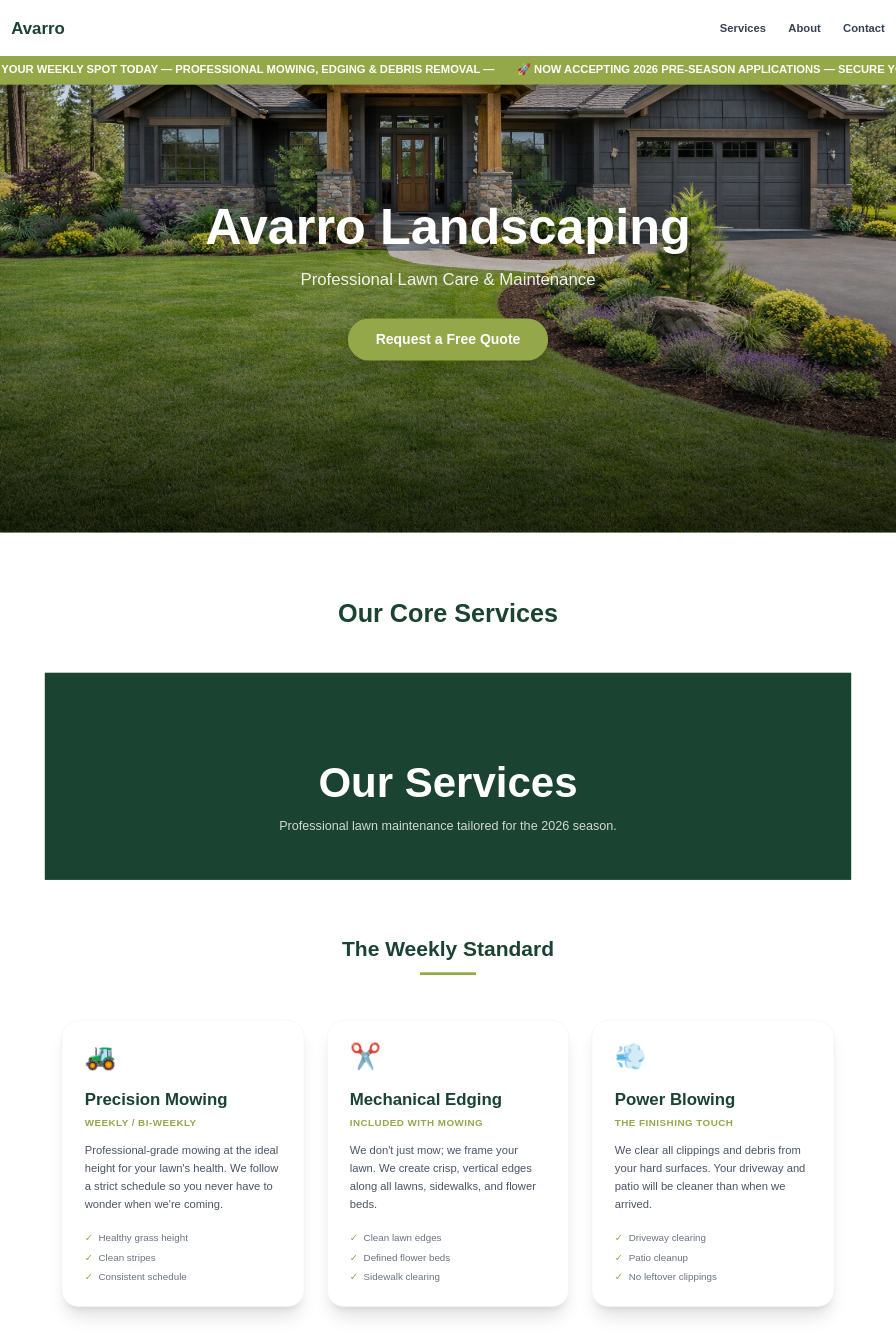
Repository: KalebMalone/Avarro
Page: /
These files come from the project's save history. The page is drawn as it stood at one moment and after the next save; the edit follows.
The browser window is 1280 px wide. The pictures show the part of the page from y = 0 to 1920 px (the page is 4284 px tall before and 3812 px after), at 70% of full size.
The project was rebuilt for these pictures with package versions that can differ from the ones it lists, and the page was loaded fresh each time. Also part of the build but not shown: vite.config.js, src/pages/ServicesPage.jsx, src/pages/About.jsx, src/pages/Contact.jsx.

Above is the page before, as saved 2026-01-28 16:32:19.

After the next save:
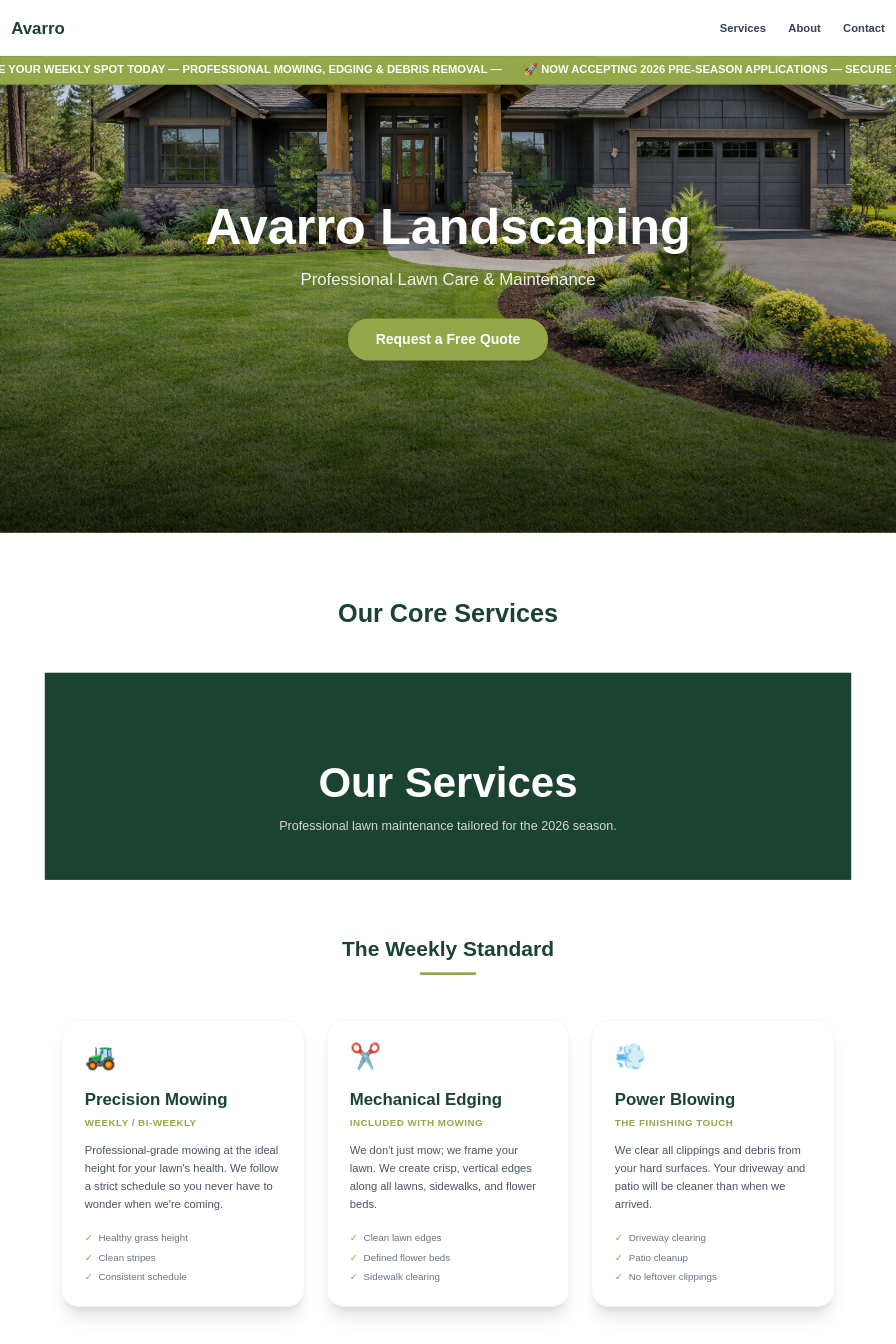
Saved 50 s later.
--- a/src/pages/Home.jsx
+++ b/src/pages/Home.jsx
@@ -5,8 +5,11 @@
 export default function Home() {
     return (
         <div className="bg-white">
-            {/* Sticky Moving Banner */}
-            <div className="sticky top-0 z-[100] bg-[#94a84a] text-white py-2 shadow-lg border-b border-black/5 marquee-container">
+            {/* STICKY BANNER
+               'sticky top-0' keeps it at the top.
+               'z-[999]' ensures it floats above the Nav and Hero.
+            */}
+            <div className="sticky top-0 z-[999] bg-[#94a84a] text-white py-2 shadow-xl marquee-container border-b border-black/10">
                 <div className="animate-marquee-custom">
                     <span className="text-sm md:text-base font-bold px-4">
                         🚀 NOW ACCEPTING 2026 PRE-SEASON APPLICATIONS — SECURE YOUR WEEKLY SPOT TODAY — PROFESSIONAL MOWING, EDGING & DEBRIS REMOVAL —
@@ -17,11 +20,11 @@
                 </div>
             </div>
 
+            {/* The rest of your content starts here */}
             <Hero />
 
-            {/* Services Section */}
-            <section className="relative py-24 px-6 bg-white">
-                <div className="relative max-w-6xl mx-auto">
+            <section className="py-24 px-6 bg-white">
+                <div className="max-w-6xl mx-auto">
                     <h2 className="text-4xl font-extrabold text-center mb-16 text-[#1a4332]">
                         Our Core Services
                     </h2>
@@ -29,11 +32,10 @@
                 </div>
             </section>
 
-            {/* Custom Requests */}
             <section className="py-20 bg-white">
                 <div className="max-w-4xl mx-auto px-6">
                     <div className="bg-[#1a4332] rounded-3xl p-8 md:p-12 text-center text-white shadow-2xl">
-                        <h2 className="text-3xl font-bold mb-4 text-white">Need something else?</h2>
+                        <h2 className="text-3xl font-bold mb-4">Need something else?</h2>
                         <p className="text-xl opacity-90 mb-8">
                             From **debris removal** and branch hauling to unique garden projects—we handle custom requests.
                         </p>
@@ -43,37 +45,6 @@
                     </div>
                 </div>
             </section>
-
-            {/* The Avarro Standard */}
-            <section className="py-24 bg-gray-50">
-                <div className="max-w-6xl mx-auto px-6 text-center">
-                    <h2 className="text-3xl md:text-4xl font-extrabold text-[#1a4332] mb-16">
-                        The Avarro Standard
-                    </h2>
-                    <div className="grid grid-cols-1 sm:grid-cols-2 lg:grid-cols-4 gap-8">
-                        <div className="p-4">
-                            <div className="text-[#94a84a] text-5xl font-black mb-4 opacity-20 italic">01</div>
-                            <h4 className="text-xl font-bold text-[#1a4332] mb-3">Mowing</h4>
-                            <p className="text-gray-600 text-sm">Precision cutting at the ideal height for your lawn's health.</p>
-                        </div>
-                        <div className="p-4">
-                            <div className="text-[#94a84a] text-5xl font-black mb-4 opacity-20 italic">02</div>
-                            <h4 className="text-xl font-bold text-[#1a4332] mb-3">Edging</h4>
-                            <p className="text-gray-600 text-sm">Clean, vertical lines for all walkways and garden beds.</p>
-                        </div>
-                        <div className="p-4">
-                            <div className="text-[#94a84a] text-5xl font-black mb-4 opacity-20 italic">03</div>
-                            <h4 className="text-xl font-bold text-[#1a4332] mb-3">Weeding</h4>
-                            <p className="text-gray-600 text-sm">Targeted removal in beds and pavement cracks.</p>
-                        </div>
-                        <div className="p-4">
-                            <div className="text-[#94a84a] text-5xl font-black mb-4 opacity-20 italic">04</div>
-                            <h4 className="text-xl font-bold text-[#1a4332] mb-3">Blowing</h4>
-                            <p className="text-gray-600 text-sm">Leaving your driveways and patios spotless every visit.</p>
-                        </div>
-                    </div>
-                </div>
-            </section>
         </div>
     );
 }

After the 2 saves that followed:
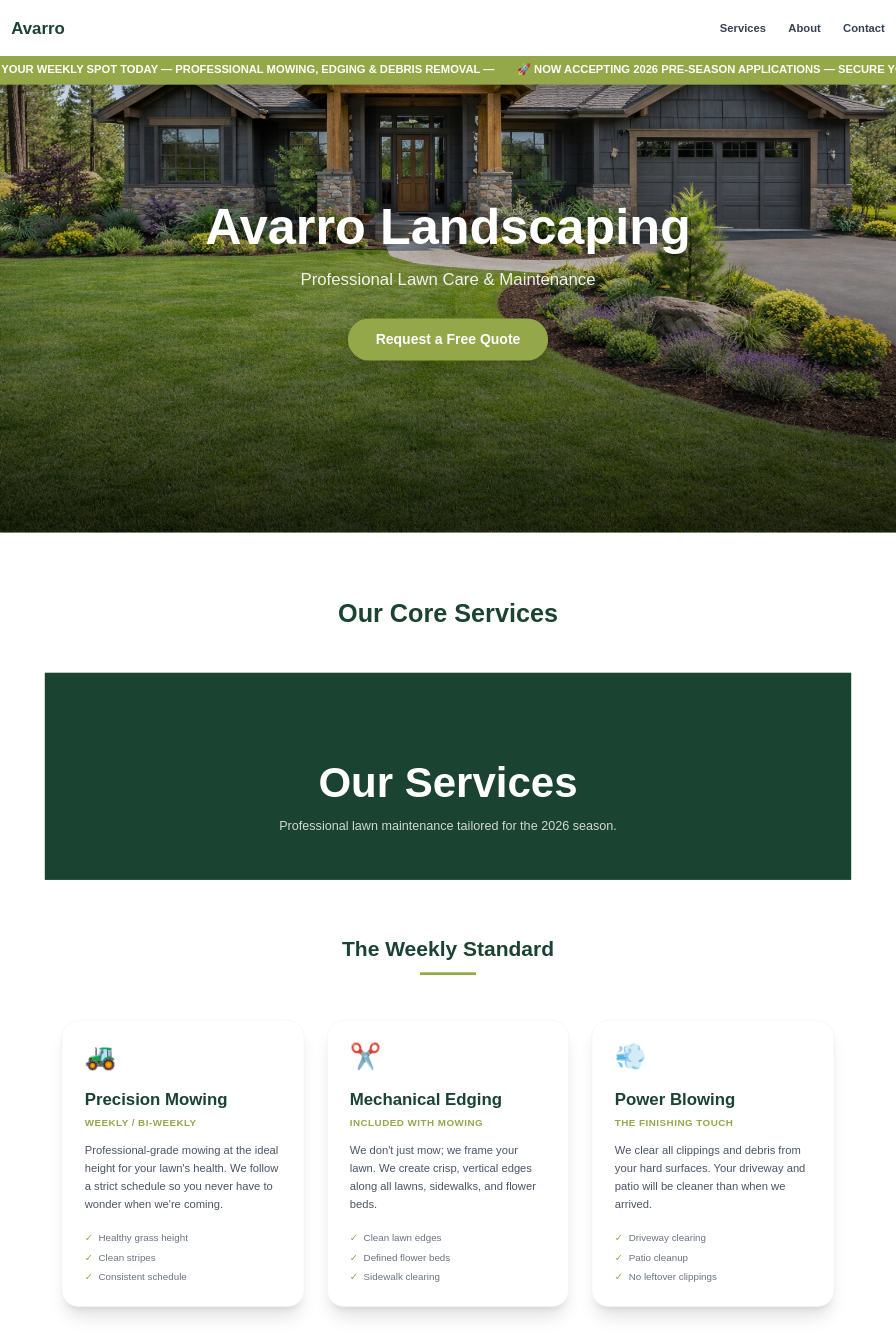
The 2 saves are shown as one change because 1 left the picture as it was.
The last was saved 12 s later.
--- a/src/pages/Home.jsx
+++ b/src/pages/Home.jsx
@@ -5,11 +5,8 @@
 export default function Home() {
     return (
         <div className="bg-white">
-            {/* STICKY BANNER
-               'sticky top-0' keeps it at the top.
-               'z-[999]' ensures it floats above the Nav and Hero.
-            */}
-            <div className="sticky top-0 z-[999] bg-[#94a84a] text-white py-2 shadow-xl marquee-container border-b border-black/10">
+            {/* Sticky Moving Banner */}
+            <div className="sticky top-0 z-[100] bg-[#94a84a] text-white py-2 shadow-lg border-b border-black/5 marquee-container">
                 <div className="animate-marquee-custom">
                     <span className="text-sm md:text-base font-bold px-4">
                         🚀 NOW ACCEPTING 2026 PRE-SEASON APPLICATIONS — SECURE YOUR WEEKLY SPOT TODAY — PROFESSIONAL MOWING, EDGING & DEBRIS REMOVAL —
@@ -20,11 +17,11 @@
                 </div>
             </div>
 
-            {/* The rest of your content starts here */}
             <Hero />
 
-            <section className="py-24 px-6 bg-white">
-                <div className="max-w-6xl mx-auto">
+            {/* Services Section */}
+            <section className="relative py-24 px-6 bg-white">
+                <div className="relative max-w-6xl mx-auto">
                     <h2 className="text-4xl font-extrabold text-center mb-16 text-[#1a4332]">
                         Our Core Services
                     </h2>
@@ -32,10 +29,11 @@
                 </div>
             </section>
 
+            {/* Custom Requests */}
             <section className="py-20 bg-white">
                 <div className="max-w-4xl mx-auto px-6">
                     <div className="bg-[#1a4332] rounded-3xl p-8 md:p-12 text-center text-white shadow-2xl">
-                        <h2 className="text-3xl font-bold mb-4">Need something else?</h2>
+                        <h2 className="text-3xl font-bold mb-4 text-white">Need something else?</h2>
                         <p className="text-xl opacity-90 mb-8">
                             From **debris removal** and branch hauling to unique garden projects—we handle custom requests.
                         </p>
@@ -45,6 +43,37 @@
                     </div>
                 </div>
             </section>
+
+            {/* The Avarro Standard */}
+            <section className="py-24 bg-gray-50">
+                <div className="max-w-6xl mx-auto px-6 text-center">
+                    <h2 className="text-3xl md:text-4xl font-extrabold text-[#1a4332] mb-16">
+                        The Avarro Standard
+                    </h2>
+                    <div className="grid grid-cols-1 sm:grid-cols-2 lg:grid-cols-4 gap-8">
+                        <div className="p-4">
+                            <div className="text-[#94a84a] text-5xl font-black mb-4 opacity-20 italic">01</div>
+                            <h4 className="text-xl font-bold text-[#1a4332] mb-3">Mowing</h4>
+                            <p className="text-gray-600 text-sm">Precision cutting at the ideal height for your lawn's health.</p>
+                        </div>
+                        <div className="p-4">
+                            <div className="text-[#94a84a] text-5xl font-black mb-4 opacity-20 italic">02</div>
+                            <h4 className="text-xl font-bold text-[#1a4332] mb-3">Edging</h4>
+                            <p className="text-gray-600 text-sm">Clean, vertical lines for all walkways and garden beds.</p>
+                        </div>
+                        <div className="p-4">
+                            <div className="text-[#94a84a] text-5xl font-black mb-4 opacity-20 italic">03</div>
+                            <h4 className="text-xl font-bold text-[#1a4332] mb-3">Weeding</h4>
+                            <p className="text-gray-600 text-sm">Targeted removal in beds and pavement cracks.</p>
+                        </div>
+                        <div className="p-4">
+                            <div className="text-[#94a84a] text-5xl font-black mb-4 opacity-20 italic">04</div>
+                            <h4 className="text-xl font-bold text-[#1a4332] mb-3">Blowing</h4>
+                            <p className="text-gray-600 text-sm">Leaving your driveways and patios spotless every visit.</p>
+                        </div>
+                    </div>
+                </div>
+            </section>
         </div>
     );
 }
